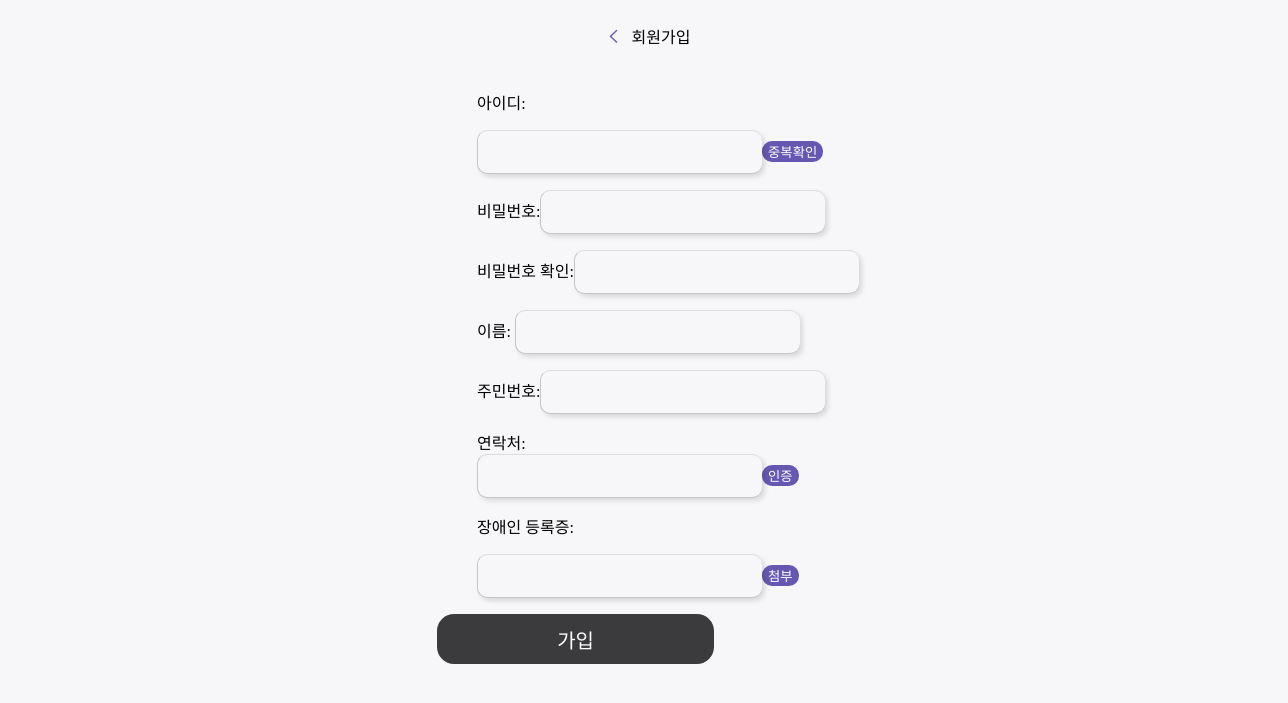
Repository: PEPI-dev/UI
Page: regist/regist.html
An editor plug-in stored every save of this project. The page is shown before and after the next save, followed by the edit.
The browser window is 1280 px wide. The page is 1288 px wide, so the pictures cover 1288 px, including what lies to the right of the window. The pictures show the whole page.
Some web fonts or font styles are not loaded; a fallback is used.

Above is the page before, as saved 2023-12-04 18:06:30.

After the next save:
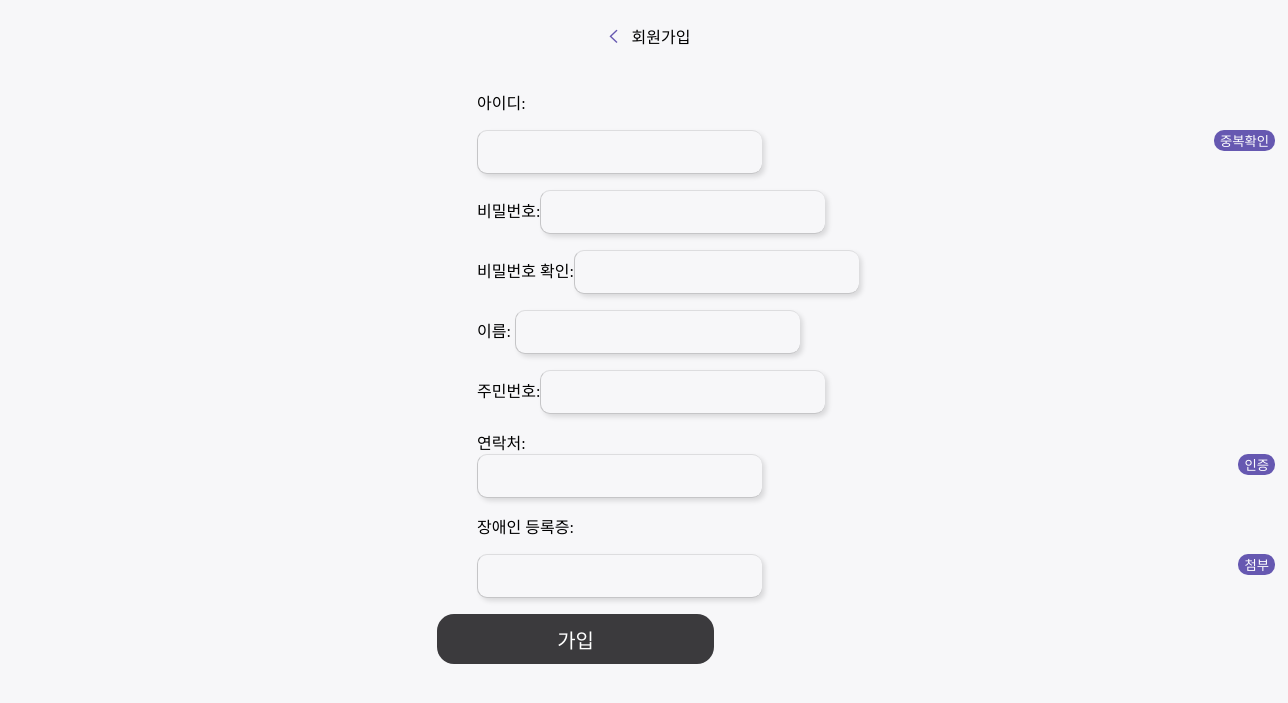
Saved 10 s later.
--- a/regist/regist.css
+++ b/regist/regist.css
@@ -81,6 +81,8 @@ body {
     font-weight: 500;
     border-radius: 10px;
     border: 0px;
+    position: absolute; /* 추가된 부분 */
+    right: 5px; /* 원하는 위치로 조절하세요 */
 
 }
 
